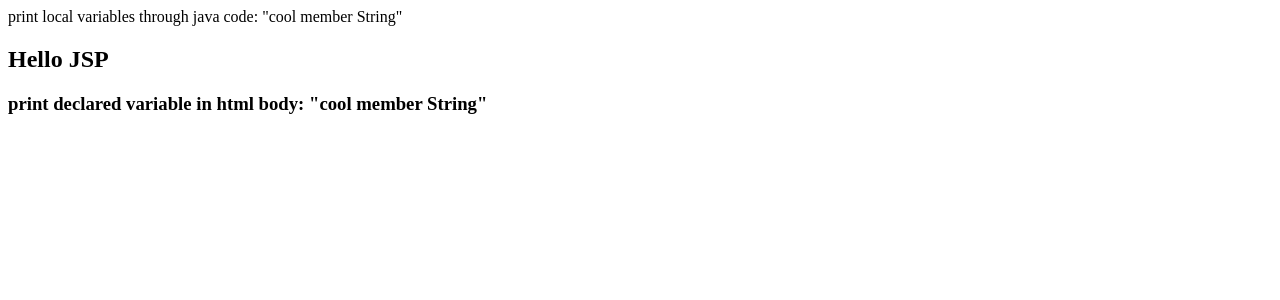
Repository: tomaters/servlets-JSP
Page: http://localhost/jsptest/sample/hellojsp.jsp
An editor plug-in stored every save of this project. The page is shown before and after the next save, followed by the edit.
The browser window is 1280 px wide. The pictures show the whole page.
The page is served by Tomcat 10.

Above is the page before, as saved 2023-11-30 06:43:51.

After the next save:
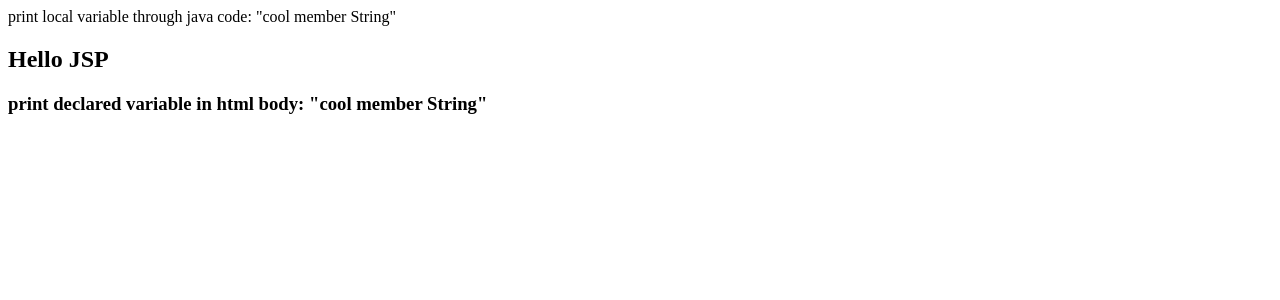
Saved 15 s later.
--- a/jsptest/src/main/webapp/sample/hellojsp.jsp
+++ b/jsptest/src/main/webapp/sample/hellojsp.jsp
@@ -10,7 +10,7 @@
 <!--  java code and declare local variables -->
 <%
 	String scriptlet = "scriptlets are constructed in the service method";
-	out.println("print local variables through java code: \"" + this.declaration + "\"");
+	out.println("print local variable through java code: \"" + this.declaration + "\"");
 %>
 <!--  expression; print -->
 <!DOCTYPE html>
